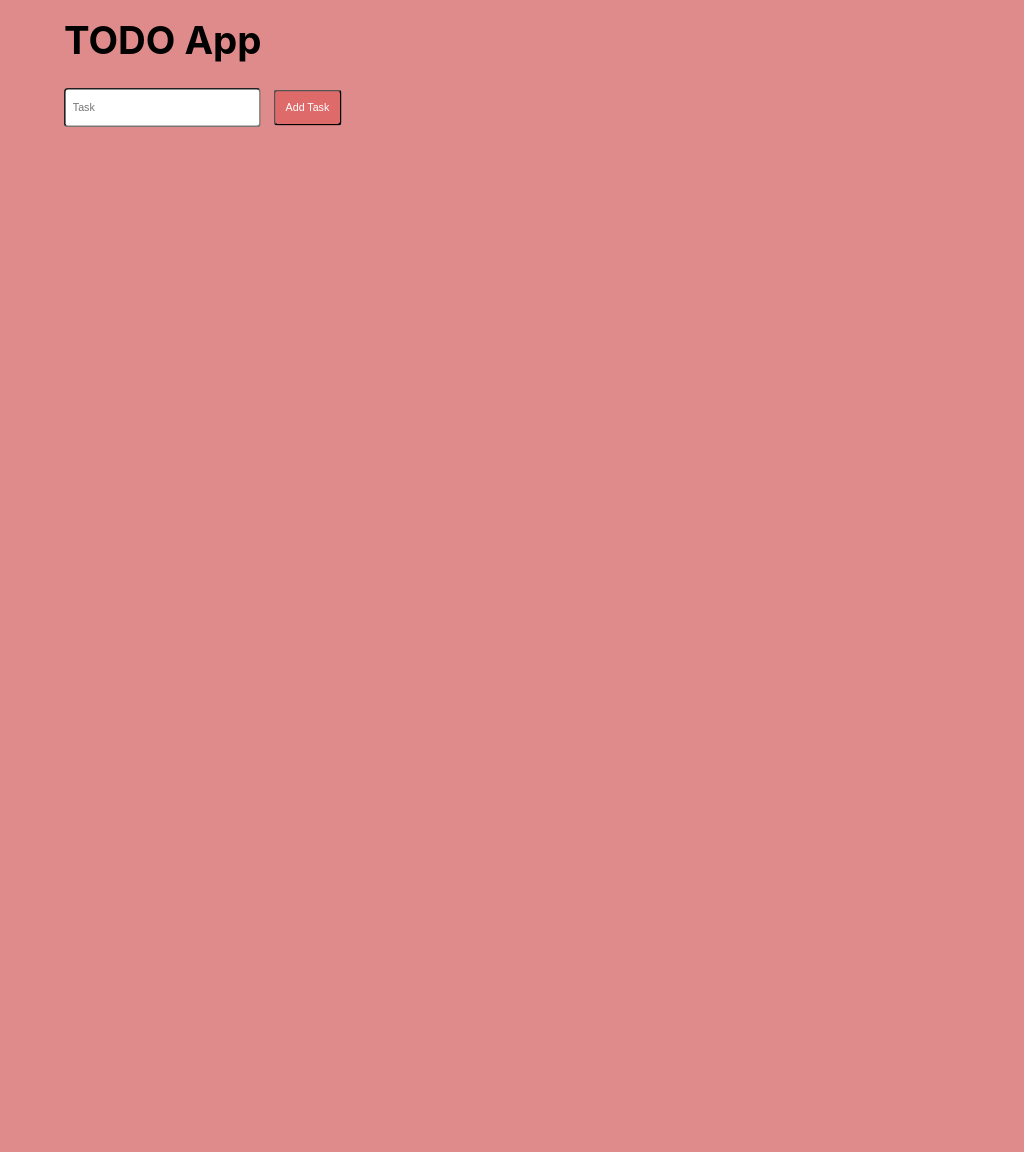
Repository: BhanuKaukuntla/TodoApp
Page: /
These files come from the project's save history. The page is drawn as it stood at one moment and after the next save; the edit follows.
The browser window is 1280 px wide. The pictures show the whole page, at 80% of full size.
The project was rebuilt for these pictures with package versions that can differ from the ones it lists, and the page was loaded fresh each time. Also part of the build but not shown: src/components/TodoItem/TodoItem.js.

Above is the page before, as saved 2021-12-04 09:57:52.

### src/index.js
import React from "react";
import ReactDOM from "react-dom";
import "./index.css";
import App from "./App";
import { Provider } from "react-redux";
import store from "./store";
import { PersistGate } from "redux-persist/integration/react";
import { persistor } from "./store";

ReactDOM.render(
  <React.StrictMode>
    <Provider store={store}>
      <PersistGate persistor={persistor}>
        <App />
      </PersistGate>
    </Provider>
  </React.StrictMode>,
  document.getElementById("root")
);

### src/index.css
*{
  margin: 0;
  padding: 0;
  /* font-family: "montserrat",sans-serif; */
  /* box-sizing: border-box; */
}

body {
  margin: 0;
  font-family: -apple-system, BlinkMacSystemFont, "Segoe UI", "Roboto", "Oxygen",
    "Ubuntu", "Cantarell", "Fira Sans", "Droid Sans", "Helvetica Neue",
    sans-serif;
  -webkit-font-smoothing: antialiased;
  -moz-osx-font-smoothing: grayscale;
}

/* code {
  font-family: source-code-pro, Menlo, Monaco, Consolas, "Courier New",
    monospace;
} */
.App {
  /* text-align: center; */
  height: 200vh;
  /* max-height: 100%; */
  /* background-color: #e77a7a; */
  background-color: #df8b8b;
  margin-top: 0%;
  /* position: fixed; */
  width: 100%;
}

.title{
  padding-top: 20px;
  margin-left: 5rem;
  font-size: xxx-large;
}

.todoInput{
  margin-top: 1rem;
  margin-left: 5rem;
  font-size: x-large;
  margin-bottom: 1rem;
  /* width: 5rem; */
}

.form{
  border-radius: 10px;
  font-size: large;
  padding: 15px;
  /* width: 9rem; */
  padding-left: 0;
}

.input{
  border-radius: 5px;
  /* font-size: large; */
  padding: 9px;
  width: 14rem;
  height: 1.7rem;
}

.inputButton{
  margin-left: 1rem;
  padding: 13px;
  border-radius: 5px;
  color: white;
  background-color: #df6a6a;
}

.todoList{
  /* align-items: center; */
  justify-content: space-between;
  display: flex;
  flex-direction: column;
  margin-bottom: 3rem;
}

.todoItem{
  /* padding: 5px;
  background-color: white;
  opacity: 0.8; */
  margin-right: 2rem;
  margin-left: 5rem;
  font-size: x-large;
  display: flex;
  align-items: center;
  justify-content: space-between;
  /* max-width: 20rem; */
  background-color: #ffffff;
  opacity: 0.5;
  margin-top: 1rem;
  border-radius: 5px;
  max-height: 3.4rem;
  /* max-width: 22.5rem; */
  padding: 2px;
  width: 21rem;
  height: 2.9rem;
  color: rgb(0, 0, 0);
  padding-left: 20px;
  font-weight: bold;
}

.editButton{
  /* margin-left: 1rem; */
  /* margin-right: 1px; */
  /* display: none; */
  /* border-radius: 1px; */
  display: inline-block;
  margin-left: auto;
  margin-right: 1rem;
  background-color: white;

}

.editTodo{
  /* align-items: center;
  margin-left: 1rem;
  margin-bottom: 0.5rem;
  margin-right: .5rem;
  padding: 3px; */
  padding: 9px;
  margin-left: 4rem;
  margin-right: auto;
}

.formItem{
  width: 10rem;
  padding: 11px;
  background-color: #fcd7d7;
}

.deleteButton{
  /* margin-left: 1rem; */
  margin-right: 8px;
  /* border-radius: 1px; */
  /* background-color: white;
  color: black; */
}

.icons{
  /* display: flex; */
  /* margin-left: 1rem; */
  /* justify-content: space-between; */
  display: flex-end;
}

### src/App.js
import AddTodo from "./components/AddTodo/AddTodo";
import TodoList from "./components/TodoList/TodoList";
import { useSelector } from "react-redux";
function App() {
  const taskobj = useSelector((state) => state.todos.data);
  return (
    <div className='App'>
      <h1 className="title">TODO App</h1>
      <AddTodo />
      <TodoList />
    </div>
  );
}

export default App;

### src/store.js
import { createStore } from "redux";
import rootReducer from "./reducers";
import { persistStore, persistReducer } from "redux-persist";
import storage from "redux-persist/lib/storage";

const persistConfig = {
  key: "root",
  storage,
};

const persistedReducer = persistReducer(persistConfig, rootReducer);

const store = createStore(
  persistedReducer,
  window.__REDUX_DEVTOOLS_EXTENSION__ && window.__REDUX_DEVTOOLS_EXTENSION__()
);

export const persistor = persistStore(store);

export default store;

### src/components/AddTodo/AddTodo.js
import React, { useState } from "react";
import { useDispatch } from "react-redux";
import { addTodo } from "../../actions";
import cuid from "cuid";

const AddTodo = () => {
  const [tasks, setTasks] = useState("");
  const dispatch = useDispatch();
  function handleInputChange(e) {
    setTasks(e.target.value);
    console.log(tasks);
  }
  function handleFormSubmit(e) {
    e.preventDefault();
    dispatch(addTodo({ task: tasks, id: cuid() }));
    e.target.userInput.value = "";
    console.log(tasks);
  }
  return (
    <div className="todoInput">
      <form className="form" onSubmit={handleFormSubmit}>
      <input
        className="input"
        placeholder="Task"
        type='text'
        name='userInput'
        onChange={(e) => handleInputChange(e)}
      />
      <button className="inputButton" type='submit'>Add Task</button>
     </form>
    </div>
  );
};

export default AddTodo;

### src/components/TodoList/TodoList.js
import React from "react";
import TodoItem from "../TodoItem/TodoItem";
import { useSelector } from "react-redux";

const TodoList = () => {
  const taskobj = useSelector((state) => state.todos.data);
  const taskItems = taskobj.map((task) => {
    return <TodoItem task={task} key={task.id} />;
  });

  return(
     <div className="todoList">
        {taskItems}
    </div>
    )
};

export default TodoList;

### src/reducers/index.js
import { combineReducers } from "redux";
import todos from "./todos";

const rootReducer = combineReducers({
  todos,
});
export default rootReducer;

### src/actions/index.js
import { ADD_TODO, DELETE_TODO, UPDATE_TODO } from "./types";

export const addTodo = (message) => ({
  type: ADD_TODO,
  message,
});

export const deleteTodo = (id) => ({
  type: DELETE_TODO,
  id,
});

export const updateTodo = ({ message, id }) => ({
  type: UPDATE_TODO,
  message,
  id,
});

### src/reducers/todos.js
const initialState = {
  data: [],
};

const todos = (state = initialState, action) => {
  switch (action.type) {
    case "ADD_TODO":
      return {
        ...state,
        data: [...state.data, action.message],
      };
    case "DELETE_TODO":
      return {
        ...state,
        data: [...state.data.filter((todo) => todo.id !== action.id)],
      };
    case "UPDATE_TODO":
      return {
        ...state,
        data: [
          ...state.data.filter((todo) => todo.id !== action.id),
          { task: action.message, id: action.id },
        ],
      };
    default:
      return state;
  }
};

export default todos;

### src/actions/types.js
export const ADD_TODO = "ADD_TODO";
export const DELETE_TODO = "DELETE_TODO";
export const UPDATE_TODO = "UPDATE_TODO";

Loaded but not shown: public/index.html (common file)

After the next save:
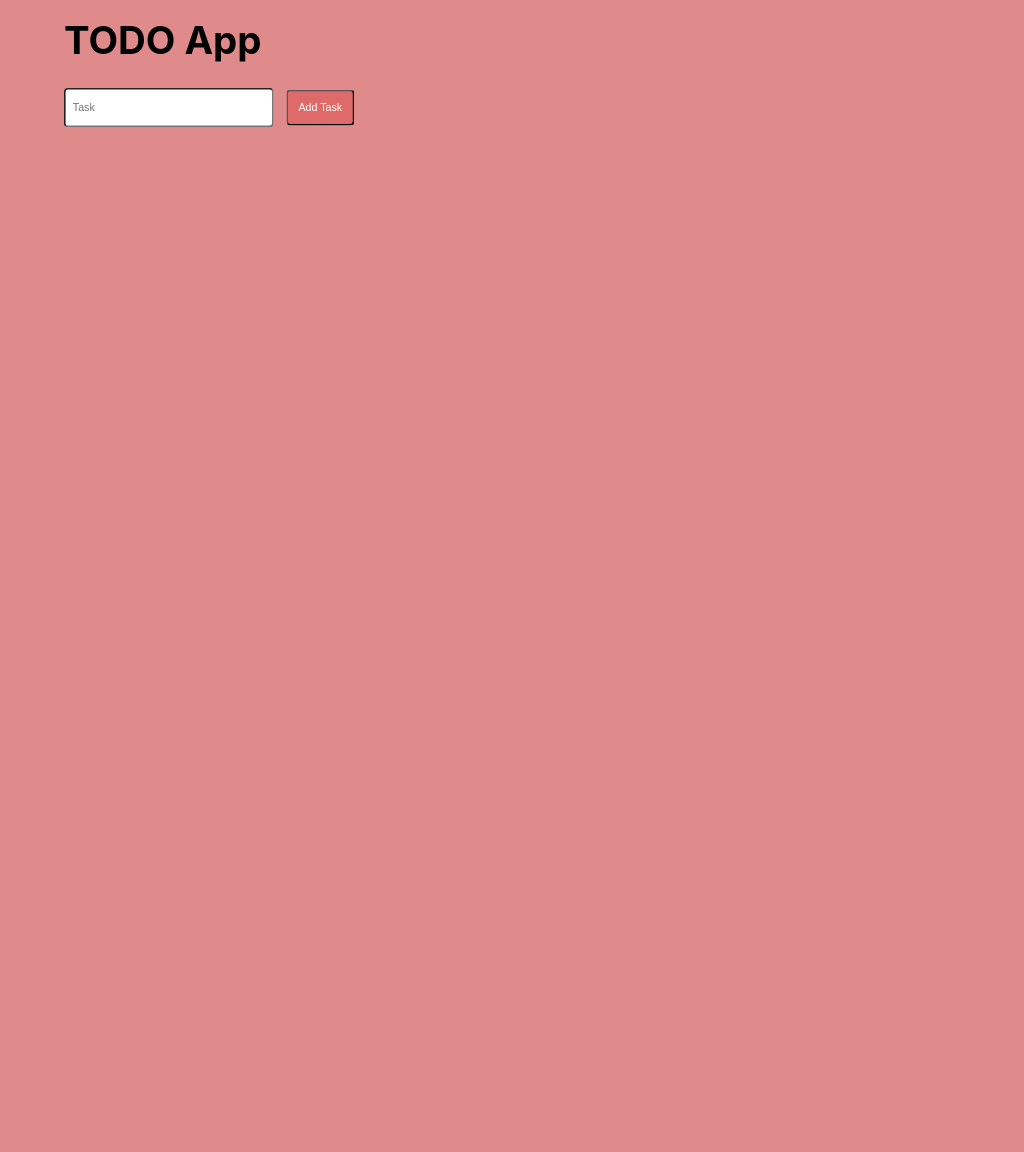
Saved 5 s later.
--- a/src/index.css
+++ b/src/index.css
@@ -55,7 +55,7 @@ body {
   border-radius: 5px;
   /* font-size: large; */
   padding: 9px;
-  width: 14rem;
+  width: 15rem;
   height: 1.7rem;
 }
 
